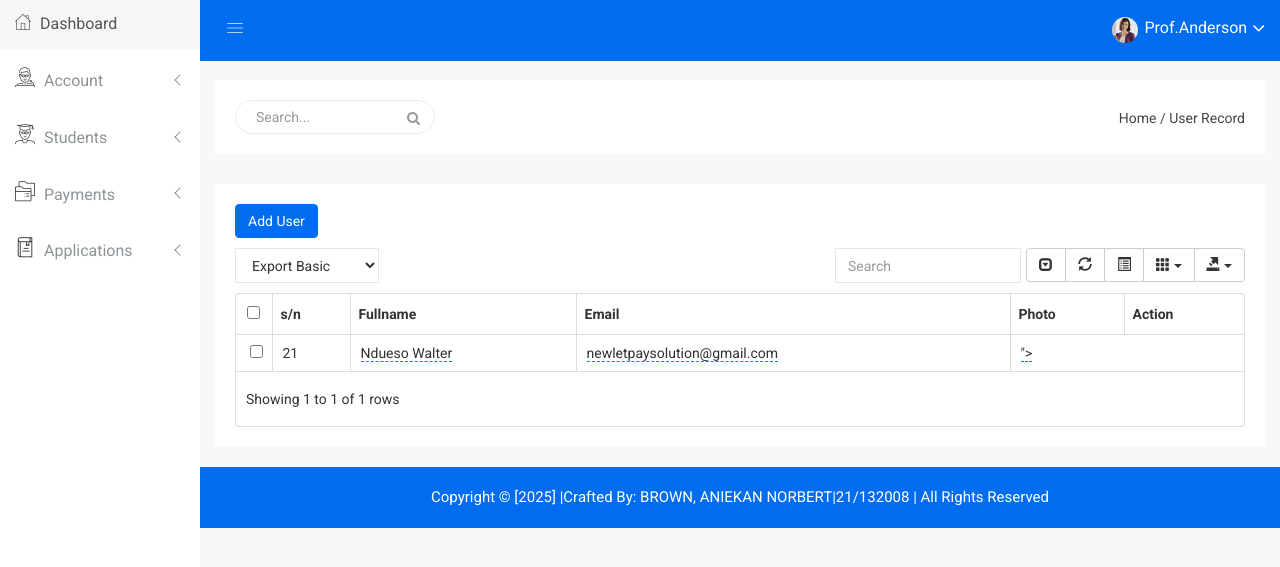
Repository: walterjnr1/crowdfunding-system
Page: http://localhost/Admin/user_record.php
The author's editor kept a copy of each file at every save. The page is drawn from the files as they stood at one save, then again after a run of saves.
The browser window is 1280 px wide. The pictures show the whole page.
The page is run by PHP 8.4 with error messages shown; the project is at /var/www/html/.

Above is the page before, as saved 2025-02-20 11:32:00.
Console error (its wording comes from the project's code and is left out).

After the next 2 saves:
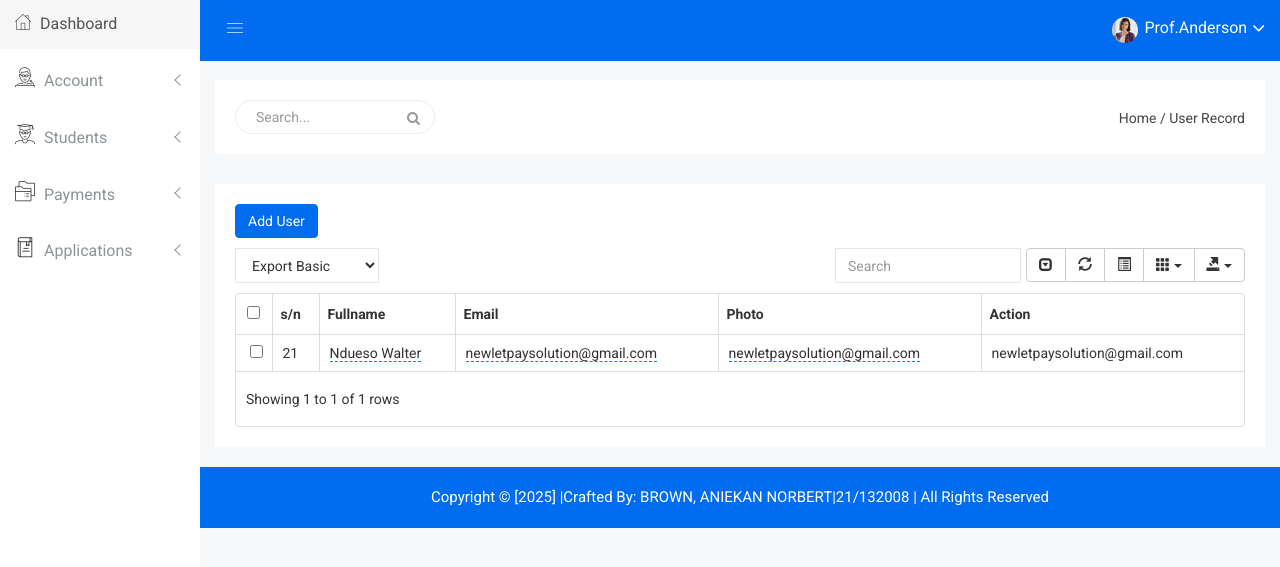
The 2 saves are shown as one change because they came seconds apart.
The last was saved 9 s later.
--- a/Admin/user_record.php
+++ b/Admin/user_record.php
@@ -130,7 +130,8 @@
                                                 <td>21</td>
                                                  <td>Ndueso Walter</td>
                                                 <td>newletpaysolution@gmail.com</td>
-                                                <td class="datatable-ct"><i class="fa fa-check"></i></td>
+                                                <td>newletpaysolution@gmail.com</td>
+                                                <td>newletpaysolution@gmail.com</td>
 
                                             </tr>
                                         </tbody>
